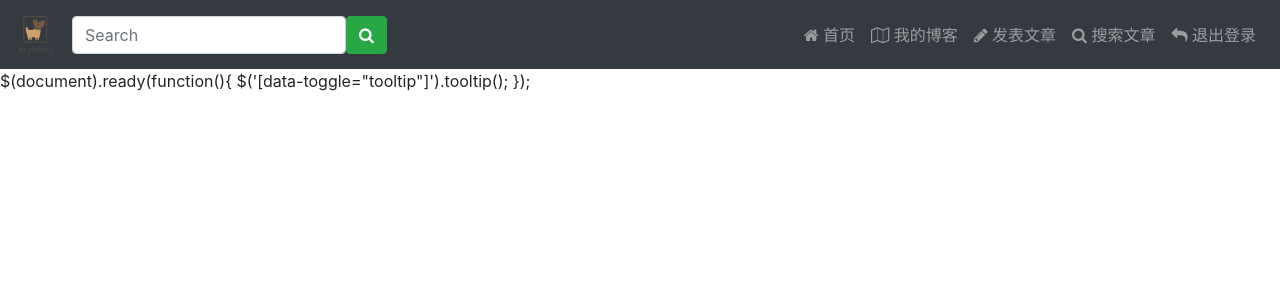
Repository: DHUAVH/Blog
Page: navigation.html
These files come from the project's save history. The page is drawn as it stood at one moment and after the next save; the edit follows.
The browser window is 1280 px wide. The pictures show the whole page.
Some web libraries are served in a nearby version.

Above is the page before, as saved 2020-11-06 22:56:38.

### navigation.html
<!DOCTYPE html>
<html lang="en">
<head>
   <meta charset="UTF-8">
   <meta name="viewport" content="width=device-width, initial-scale=1.0">
   <link rel="stylesheet" href="https://cdn.staticfile.org/twitter-bootstrap/4.3.1/css/bootstrap.min.css">
   <link rel="stylesheet" href="https://cdn.staticfile.org/font-awesome/4.7.0/css/font-awesome.css">
   <script src="https://cdn.staticfile.org/jquery/3.2.1/jquery.min.js"></script>
   <script src="https://cdn.staticfile.org/popper.js/1.15.0/umd/popper.min.js"></script>
   <script src="https://cdn.staticfile.org/twitter-bootstrap/4.3.1/js/bootstrap.min.js"></script>
   <title>navigation</title>
</head>

<body>
   <nav class="navbar navbar-expand-sm bg-dark navbar-dark">
      <!-- Brand/logo -->
      <a class="navbar-brand" href="#" data-toogle="tooltip" title="logo">
         <img src="logo.png" alt="logo" style="width: 40px;">
      </a>

      <!--导航栏中表单和按钮-->
         <form action="">
         <div class="form-inline">
            <input class="form-control" type="text" placeholder="Search">
            <button class="btn btn-success" type="submit"><i class="fa fa-search"></i></button>
         </div>
      </form>

      <ul class="navbar-nav ml-auto">
         <li class="nav-item">
            <a class="nav-link" href="index.php"><i class="fa fa-home"></i> 首页</a>
         </li>
         <li class="nav-item">
            <a class="nav-link" href="index.php"><i class="fa fa-map-o"></i> 我的博客</a>
         </li>
         <li class="nav-item">
            <a class="nav-link" href="add.php"><i class="fa fa-pencil"></i> 发表文章</a>
         </li>
         <li class="nav-item">
            <a class="nav-link" href=show.php data-toogle="tooltip" title="模糊查询"><i class="fa fa-search"></i> 搜索文章</a>
         </li>
         <li class="nav-item">
            <a class="nav-link" href="login.php" data-toogle="tooltip" title="切换账号"><i class="fa fa-reply"></i> 退出登录</a>
         </li>
      </ul>
   </nav>

   $(document).ready(function(){
      $('[data-toggle="tooltip"]').tooltip();
  });
  </script>
</body>
</html>

After the next save:
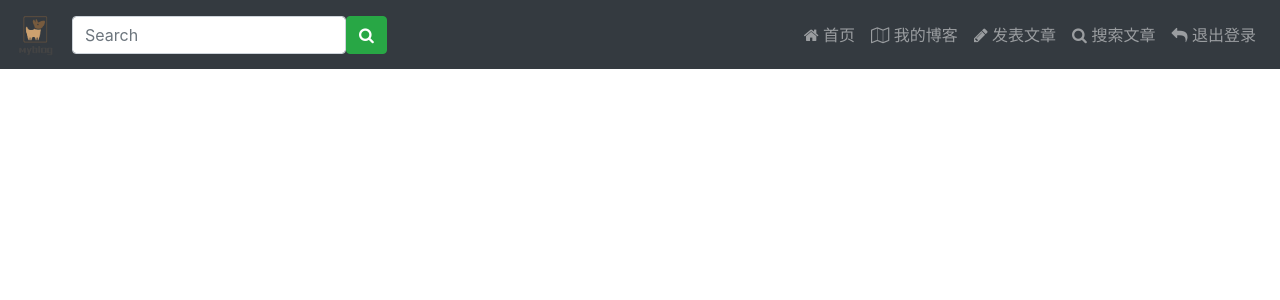
Saved 9 s later.
--- a/navigation.html
+++ b/navigation.html
@@ -44,7 +44,7 @@
          </li>
       </ul>
    </nav>
-
+<script>
    $(document).ready(function(){
       $('[data-toggle="tooltip"]').tooltip();
   });
